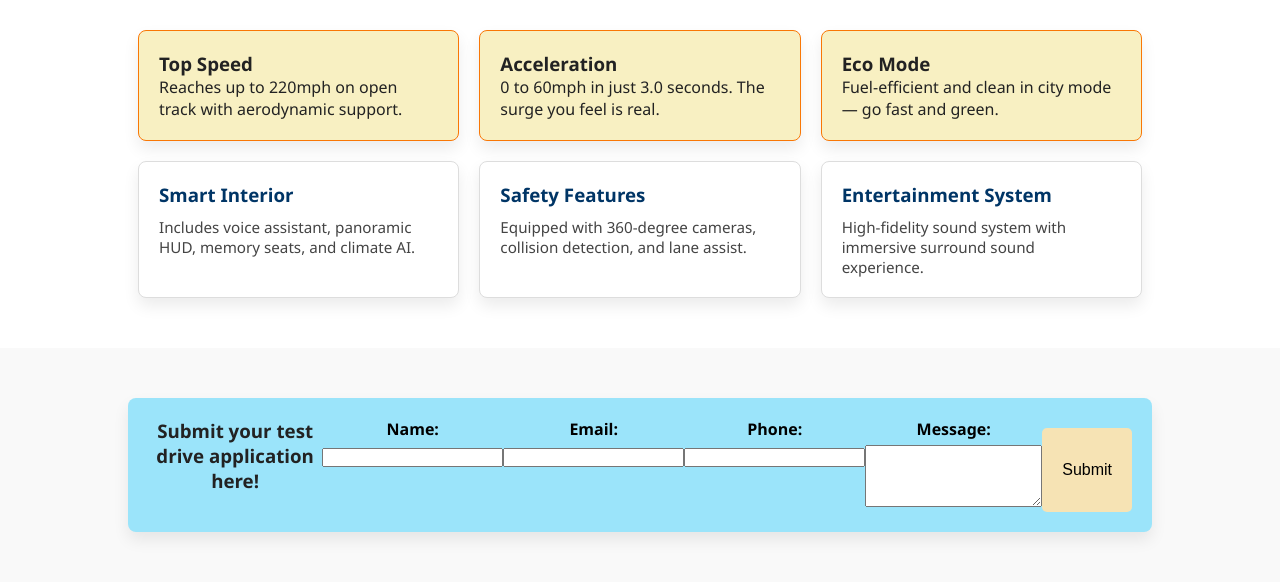
Repository: JiaheSu22/vrooom-responsive-main
Page: index.html
An editor plug-in stored every save of this project. The page is shown before and after the next save, followed by the edit.
The browser window is 1280 px wide. The pictures show the part of the page from y = 740 to 1353 px (the page is 1322 px tall before and 1353 px after).
A picture or video elsewhere on the page could not be fetched, so the positions and the page height are approximate.

Above is the page before, as saved 2025-04-11 14:43:22.

### index.html
<!DOCTYPE html>
<html lang="en">

<head>
  <meta charset="UTF-8">
  <title>Vrooom — Barracuda X10</title>
  <style>
    * {
      box-sizing: border-box;
      margin: 0;
      padding: 0;
    }

    body {
      font-family: 'Segoe UI', sans-serif;
      background-color: #f9f9f9;
      color: #222;
    }

    /* HERO SECTION */
    .hero {
      position: relative;
      height: 100vh;
      width: 100%;
      background-image: url('assets/mercedes-vision-avtr.webp');
      background-repeat: no-repeat;
      background-size: cover;
      background-position: center;
      overflow: hidden;
    }

    /* Optional dark overlay for unifying text+video contrast */
    .hero::before {
      content: "";
      position: absolute;
      inset: 0;
      background: linear-gradient(to right, rgba(0, 0, 0, 0.7), rgba(0, 0, 0, 0.1));
      z-index: 0;
    }

    /* Logo - slightly rotated, floating */
    .hero-logo {
      position: absolute;
      left: 2px;
      width: 30%;
      transform: rotate(-8deg);
      z-index: 0;
    }

    .hero-logo img {
      width: 100%;
    }

    /* Rotated text box */
    .hero-text {
      position: absolute;
      bottom: 3%;
      left: 5%;
      background: rgba(255, 255, 255, 0.1);
      padding: 30px;
      border-left: 6px solid #f6e3b4;
      border-radius: 10px;
      backdrop-filter: blur(1px);
      z-index: 0;

    }

    .hero-text h1 {
      font-size: 3em;
      color: #a0fcf7;
      margin-bottom: 10px;
    }

    .hero-text p {
      font-size: 1.2em;
      color: #fff;
    }

    /* Tilted video box */
    .hero-video {
      position: absolute;
      top: auto;
      bottom: 20px;
      right: 20px;
      box-shadow: 0 10px 20px rgba(0, 0, 0, 0.6);
      z-index: 0;
      border-radius: 5px;
      overflow: hidden;
      transition: transform 0.3s ease;
    }

    .hero-video:hover {
      transform: scale(1.3);
    }

    .hero-video video {
      width: 100%;
      display: block;
      border-radius: 2px;
    }

    /* CARD SECTION */
    .card-section {
      display: flex;
      flex-wrap: wrap;
      justify-content: center;
      gap: 20px;
      padding: 50px 10%;
      background-color: #ffffff;
    }

    .top-card {
      background: rgb(248, 240, 194);
      border: 1px solid #f97705;
      border-radius: 8px;
      box-shadow: 0 8px 16px rgba(0, 0, 0, 0.08);
      padding: 20px;
      width: calc(33.33% - 20px);
      transition: transform 0.3s ease;
    }

    .card {
      background: white;
      border: 1px solid #ddd;
      border-radius: 8px;
      box-shadow: 0 8px 16px rgba(0, 0, 0, 0.08);
      width: calc(33.33% - 20px);
      padding: 20px;
      transition: transform 0.3s ease;
    }

    .top-card:hover {
      transform: translateY(10px);
      box-shadow: 0 12px 24px rgba(101, 247, 205, 0.1);
    }

    .card:hover {
      transform: translateY(-5px);
      box-shadow: 0 12px 24px rgba(0, 0, 0, 0.1);
    }

    .card h3 {
      margin-bottom: 10px;
      color: #003566;
    }

    .card p {
      font-size: 0.95em;
      color: #444;
    }

    .form-section {
      display: flex;
      background: #f9f9f9;
      padding: 50px 10%;
      text-align: center;
    }

    .form-section form {
      display: flex;
      background: rgb(155, 228, 250);
      border-radius: 8px;
      box-shadow: 0 8px 16px rgba(0, 0, 0, 0.08);
      padding: 20px;
      margin: auto;
    }

    .form-section label {
      display: block;
      font-weight: bold;
      margin-bottom: 5px;
      color: #000000;
    }

    .form-section button {
      background: #f6e3b4;
      color: #000000;
      border: none;
      padding: 10px 20px;
      border-radius: 5px;
      cursor: pointer;
      font-size: 1em;
      margin-top: 10px;
      transition: background 0.3s ease;
    }

    .form-section button:hover {
      background: #f97705;
      color: #fff;
    }


    /* Responsive Adjustments */
    @media (max-width: 768px) {
      .hero-text {
        position: static;
        margin: 20px auto;
        background: rgba(0, 0, 0, 0.7);
        text-align: center;
      }

      .hero-video {
        position: static;
        width: 90%;
        margin: 20px auto;
      }

      .card-section {

        align-items: center;
        padding: 30px 5%;
      }
    }
  </style>
</head>

<body>

  <!-- HERO SECTION -->
  <section class="hero">

    <!-- Logo -->
    <div class="hero-logo">
      <img src="assets/logo-enh.png" alt="Vrooom Logo">
    </div>

    <!-- Text -->
    <div class="hero-text">
      <h1>Mercedes Vision AVTR</h1>
      <p>A marriage between art and science.</p>
    </div>

    <!-- Video -->
    <div class="hero-video">
      <video autoplay loop muted>
        <source src="assets/avtr-demo.mp4" type="video/mp4">
        Your browser does not support the video tag.
      </video>
    </div>

  </section>

  <!-- CARD SECTION -->
  <section class="card-section">
    <div class="top-card">
      <h3>Top Speed</h3>
      <p>Reaches up to 220mph on open track with aerodynamic support.</p>
    </div>
    <div class="top-card">
      <h3>Acceleration</h3>
      <p>0 to 60mph in just 3.0 seconds. The surge you feel is real.</p>
    </div>
    <div class="top-card">
      <h3>Eco Mode</h3>
      <p>Fuel-efficient and clean in city mode — go fast and green.</p>
    </div>
    <div class="card">
      <h3>Smart Interior</h3>
      <p>Includes voice assistant, panoramic HUD, memory seats, and climate AI.</p>
    </div>
    <div class="card">
      <h3>Safety Features</h3>
      <p>Equipped with 360-degree cameras, collision detection, and lane assist.</p>
    </div>
    <div class="card">
      <h3>Entertainment System</h3>
      <p>High-fidelity sound system with immersive surround sound experience.</p>
    </div>
  </section>

  <section class="form-section">
    <form action="">
      <h3>Submit your test drive application here!</h3>
      <div class="form">
        <label for="name">Name:</label>
        <input type="text" id="name" name="name" required>
      </div>
      <div class="form">
        <label for="email">Email:</label>
        <input type="email" id="email" name="email" required>
      </div>
      <div class="form">
        <label for="phone">Phone:</label>
        <input type="tel" id="phone" name="phone" required>
      </div>
      <div class="form">
        <label for="message">Message:</label>
        <textarea id="message" name="message" rows="4" required></textarea>
      </div>
      <button type="submit">Submit</button>
    </form>
  </section>
</body>

</html>

After the next save:
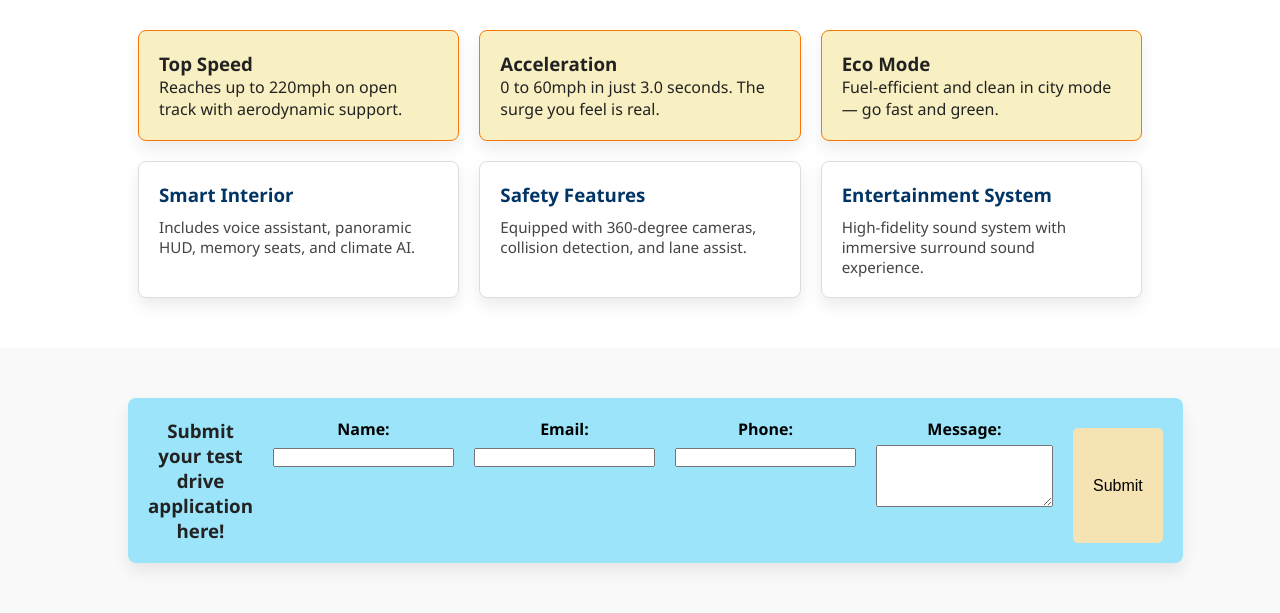
Saved 33 s later.
--- a/index.html
+++ b/index.html
@@ -172,6 +172,10 @@
       color: #000000;
     }
 
+    .form-section form {
+      gap: 20px;
+    }
+
     .form-section button {
       background: #f6e3b4;
       color: #000000;
